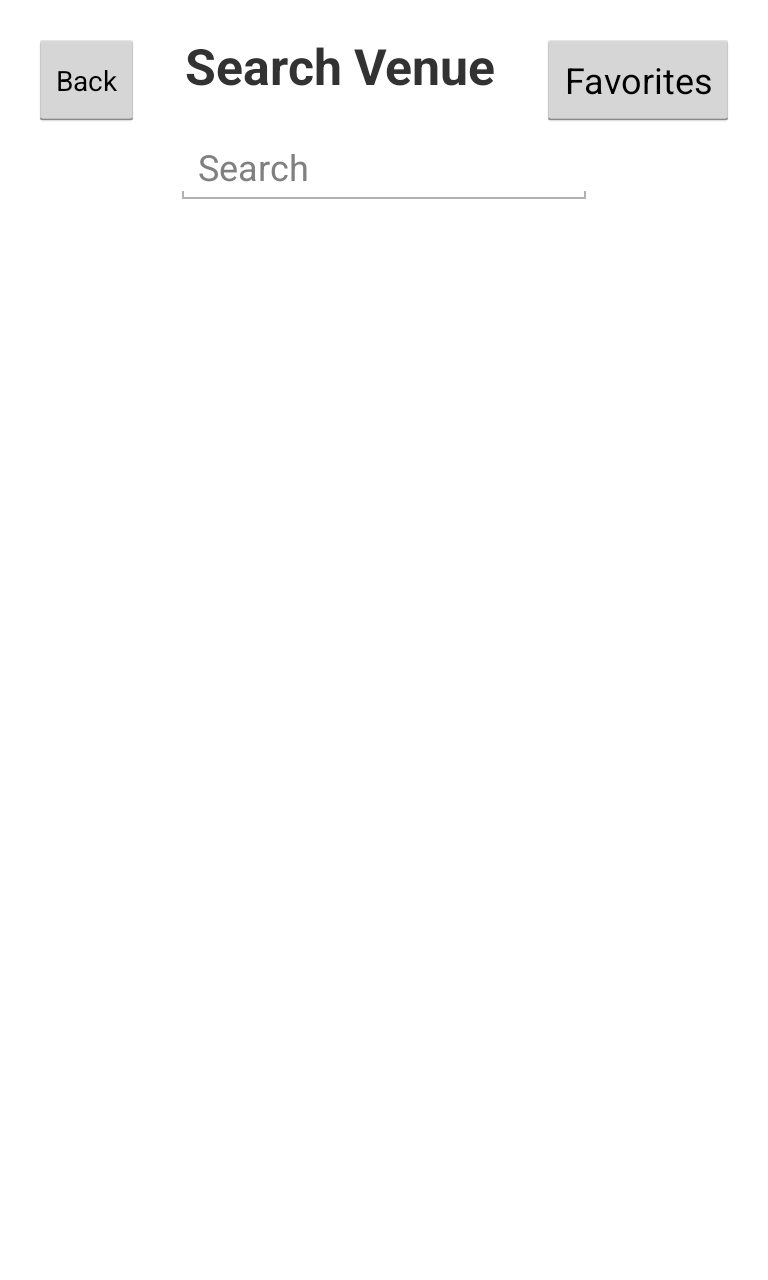
Repository: PotatoBiscuit/Thirstbuster
Layout: MobApp/workspace/DrinkAndGo/res/layout/activity_venue_search.xml
The author's editor kept a copy of each file at every save. The layout is drawn from the files as they stood at one save, then again after the next save.
It is drawn on a 768 x 1280 px phone screen (xhdpi) without system bars, with theme AppTheme; the app's code is not run. The app's manifest (not shown) leaves right-to-left support off. So textAlignment, textDirection and layoutDirection are ignored, and left and right values win over start and end ones.

Above is the layout before, as saved 2016-04-18 02:25:50.

### MobApp/workspace/DrinkAndGo/res/layout/activity_venue_search.xml
<LinearLayout xmlns:android="http://schemas.android.com/apk/res/android"
    xmlns:tools="http://schemas.android.com/tools"
    android:layout_width="match_parent"
    android:layout_height="match_parent"
    android:gravity="center_horizontal"
    android:orientation="vertical"
    android:paddingBottom="@dimen/activity_vertical_margin"
    android:paddingLeft="@dimen/activity_horizontal_margin"
    android:paddingRight="@dimen/activity_horizontal_margin"
    android:paddingTop="@dimen/activity_vertical_margin"
    android:focusableInTouchMode="true"
    tools:context="com.CS477.drinkandgo.activities.VenueSearchActivity" >

    <RelativeLayout
        android:layout_width="match_parent"
        android:layout_height="wrap_content"
        android:layout_gravity="center_horizontal" >

        <TextView
            android:id="@+id/title_search_venue"
            android:layout_width="wrap_content"
            android:layout_height="wrap_content"
            android:layout_alignParentTop="true"
            android:layout_centerHorizontal="true"
            android:layout_toEndOf="@id/backButton"
            android:layout_toStartOf="@id/favorites_view"
            android:ems="10"
            android:gravity="center_horizontal"
            android:text="@string/search_venue"
            android:textSize="@dimen/title_size2"
            android:textStyle="bold" />

        <Button
            android:id="@+id/backButton"
            style="?android:attr/buttonStyleSmall"
            android:layout_width="wrap_content"
            android:layout_height="wrap_content"
            android:layout_alignParentStart="true"
            android:layout_alignParentTop="true"
            android:onClick="goBack"
            android:text="@string/back" />

        <Button
            android:id="@+id/favorites_view"
            android:layout_width="wrap_content"
            android:layout_height="wrap_content"
            android:layout_alignParentEnd="true"
            android:layout_alignParentTop="true"
            android:text="@string/favorites"
            android:onClick="gotoFavorites" />

    </RelativeLayout>

    <EditText
        android:id="@+id/search_value"
        android:layout_width="wrap_content"
        android:layout_height="wrap_content"
        android:ems="10"
        android:hint="@string/search" />

    <ScrollView
        android:layout_width="fill_parent"
        android:layout_height="wrap_content">
	    <LinearLayout
	        android:id="@+id/venue_list"
	        android:layout_width="match_parent"
	        android:layout_height="wrap_content"
	        android:layout_gravity="center_horizontal"
	        android:gravity="center_horizontal"
	        android:orientation="vertical" >

	    </LinearLayout>
	</ScrollView>

</LinearLayout>

### MobApp/workspace/DrinkAndGo/res/values/dimens.xml
<resources>

    <!-- Default screen margins, per the Android Design guidelines. -->
    <dimen name="activity_horizontal_margin">16dp</dimen>
    <dimen name="activity_vertical_margin">16dp</dimen>
    <dimen name="title_size">72px</dimen>
    <dimen name="button_margin">10dp</dimen>
    <dimen name="title_margin">50dp</dimen>
    <dimen name="title_size2">25dp</dimen>

</resources>

### MobApp/workspace/DrinkAndGo/res/values/strings.xml
<?xml version="1.0" encoding="utf-8"?>
<resources>

    <string name="app_name">DrinkAndGo</string>
    <string name="sign_in">Sign In</string>
    <string name="sign_up">Sign Up</string>
    <string name="title_activity_sign_in">SignInActivity</string>
    <string name="hello_world">Hello world!</string>
    <string name="action_settings">Settings</string>
    <string name="title_activity_sign_up">SignUpActivity</string>
    <string name="username">Username</string>
    <string name="password">Password</string>
    <string name="submit">Submit</string>
    <string name="title_activity_venue_search">VenueSearchActivity</string>
    <string name="name">Name</string>
    <string name="confirm_password">Re-enter Password</string>
    <string name="card_number">Credit Card Number</string>
    <string name="password_error">Passwords do not match!</string>
    <string name="input_error">All fields must be filled!</string>
    <string name="username_error">Username or password is incorrect!</string>
    <string name="username_not_unique">Username is already taken!</string>
    <string name="search_venue">Search Venue</string>
    <string name="search">Search</string>
    <string name="select">Select</string>
    <string name="title_activity_menu">MenuActivity</string>
    <string name="back">Back</string>
    <string name="cart">Cart</string>
    <string name="title_activity_cart">CartActivity</string>
    <string name="order">Order</string>
    <string name="self">Self-Service</string>
    <string name="table">Table-Service</string>
    <string name="enter_table_num">Enter Table Number</string>
    <string name="title_activity_order">OrderActivity</string>
    <string name="order_number">Order Number</string>
    <string name="status">Status</string>
	<string name="home">Return</string>
	<string name="new_order">New</string>
	<string name="favorites">Favorites</string>

</resources>

Loaded but not shown: MobApp/workspace/DrinkAndGo/res/values/styles.xml (common file); MobApp/workspace/DrinkAndGo/res/values-v11/styles.xml (common file); MobApp/workspace/DrinkAndGo/res/values-v14/styles.xml (common file); MobApp/workspace/DrinkAndGo/res/values-w820dp/dimens.xml (common file)

After the next save:
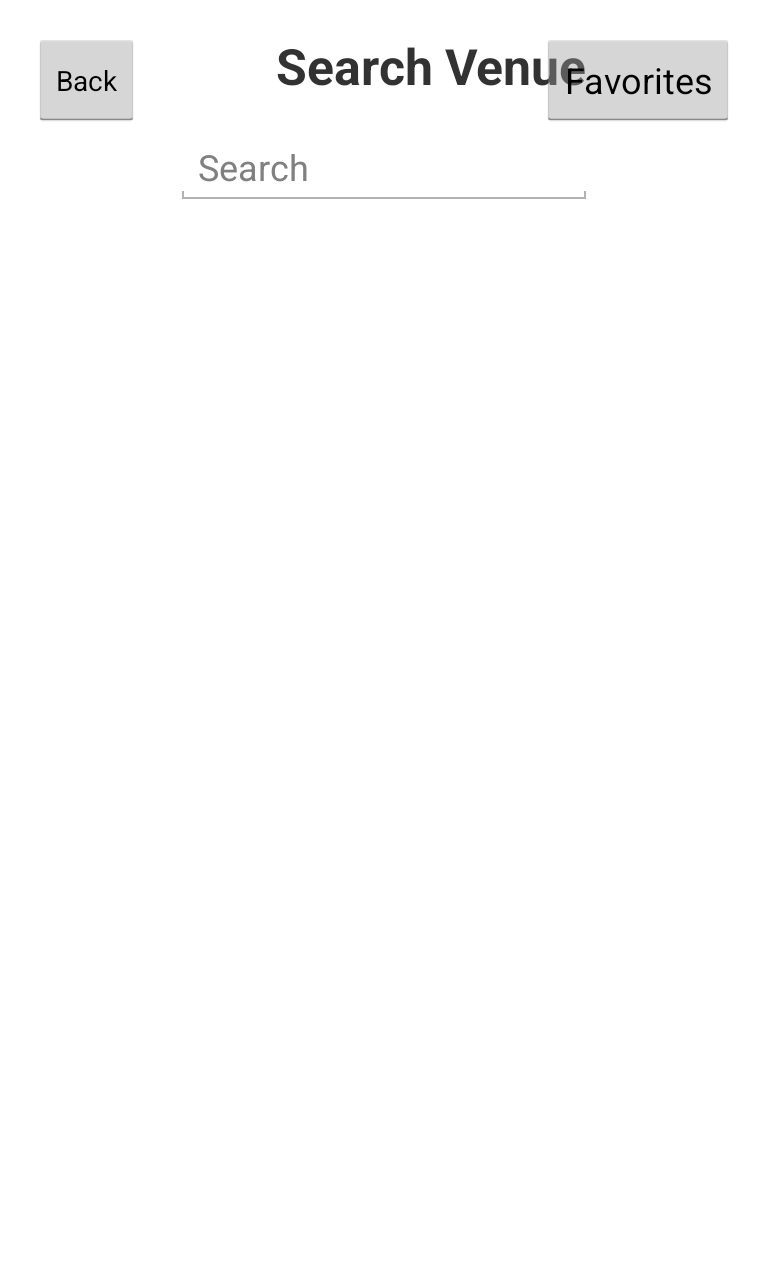
Saved 22 s later.
--- a/MobApp/workspace/DrinkAndGo/res/layout/activity_venue_search.xml
+++ b/MobApp/workspace/DrinkAndGo/res/layout/activity_venue_search.xml
@@ -23,7 +23,6 @@
             android:layout_alignParentTop="true"
             android:layout_centerHorizontal="true"
             android:layout_toEndOf="@id/backButton"
-            android:layout_toStartOf="@id/favorites_view"
             android:ems="10"
             android:gravity="center_horizontal"
             android:text="@string/search_venue"

After the save that followed:
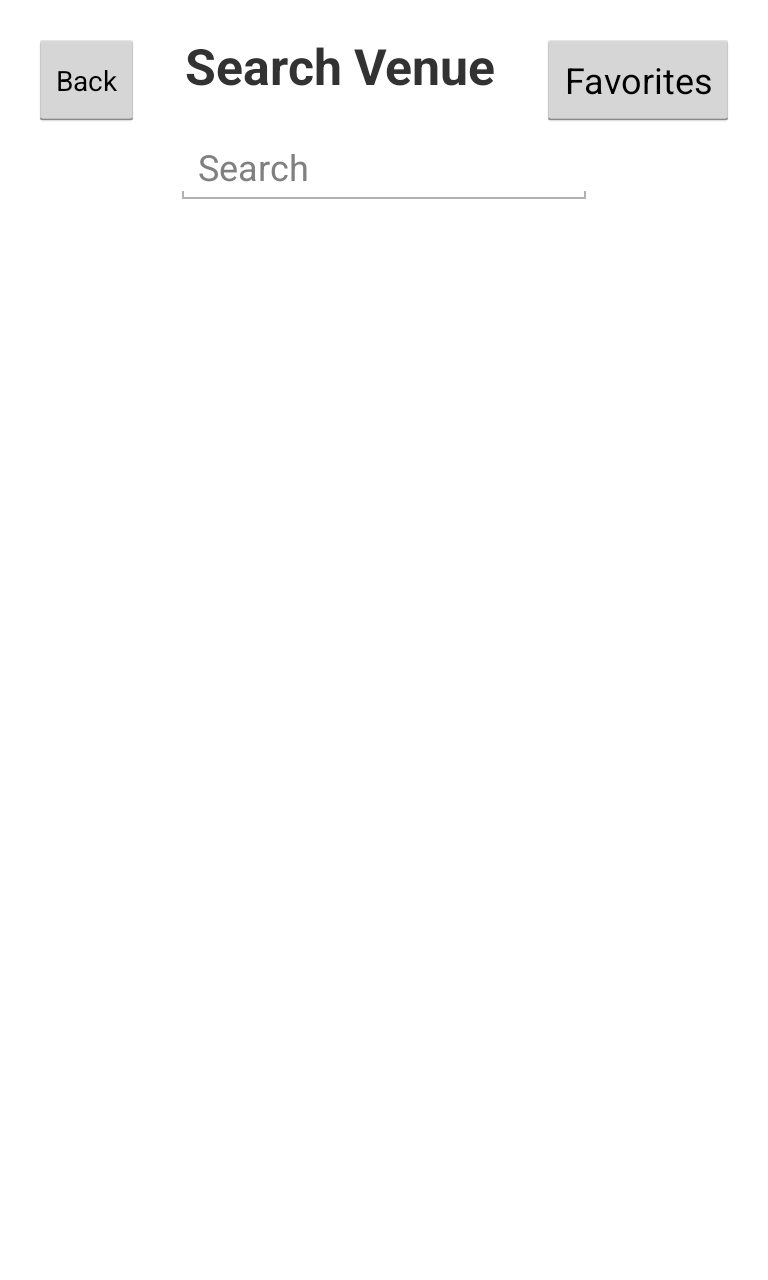
Saved 11 s later.
--- a/MobApp/workspace/DrinkAndGo/res/layout/activity_venue_search.xml
+++ b/MobApp/workspace/DrinkAndGo/res/layout/activity_venue_search.xml
@@ -23,6 +23,7 @@
             android:layout_alignParentTop="true"
             android:layout_centerHorizontal="true"
             android:layout_toEndOf="@id/backButton"
+            android:layout_toStartOf="@id/favorites_view"
             android:ems="10"
             android:gravity="center_horizontal"
             android:text="@string/search_venue"
